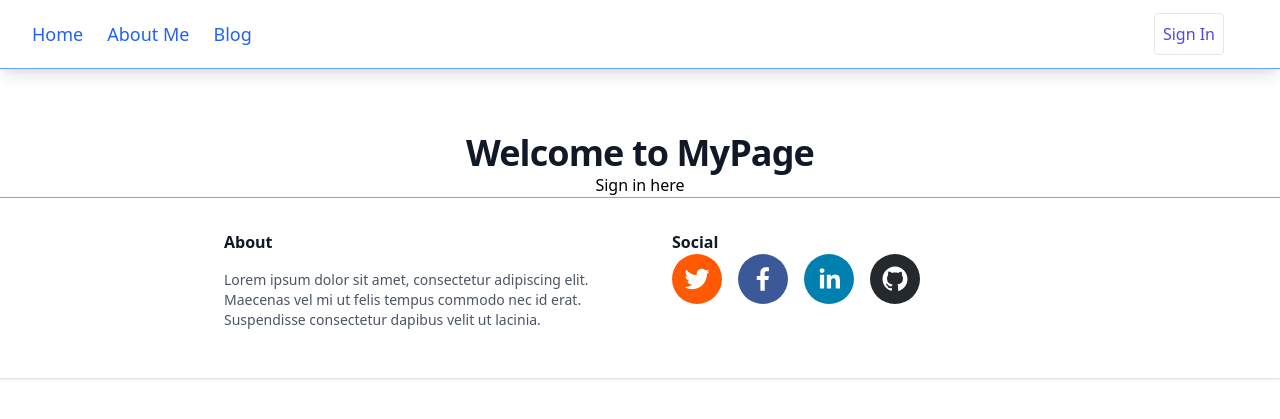
Repository: rushilramesh/portfolio-page
Page: /
The author's editor kept a copy of each file at every save. The page is drawn from the files as they stood at one save, then again after the next save.
The browser window is 1280 px wide. The pictures show the whole page.
The project was rebuilt for these pictures with package versions that can differ from the ones it lists, and the page was loaded fresh each time. The framework's server and built-in components were replaced by stand-ins that run in the browser. Also part of the build but not shown: next.config.js.

Above is the page before, as saved 2021-05-21 02:26:58.

### pages/_app.tsx
import '../styles/globals.css'


function MyApp({ Component, pageProps }) {
  let loggedIn: boolean = false;

  return (

    <Component {...pageProps} />

  )

}

export default MyApp

### pages/index.tsx
import Head from 'next/head'
import Image from 'next/image'
import Link from 'next/link'
import Layout from '../components/Layout'
import utilStyles from '../styles/utils.module.css'

export default function Home() {
  return (
    <Layout>
      <Head>
        <title>Personal Portfolio</title>
      </Head>
      <div className="container mx-auto mt-16 text-center bg-white border-gray-100" >

        <h1 className="text-4xl tracking-tight font-extrabold text-gray-900">Welcome to MyPage</h1>
        <Link href='/login'>
          <a className="mt-4">Sign in here</a>
        </Link>
      </div>
    </Layout>

  )
}

### components/Layout.tsx
import Nav from './Nav'
import Footer from './Footer'
import utilStyles from '../styles/utils.module.css'
import Link from 'next/link'
import { SocialIcon } from 'react-social-icons';

const Layout = ({children, loggedIn} : {children: React.ReactNode, loggedIn?: boolean}) => {
    return (
        <div className="flex flex-col width-screen height-screen">
        <Nav />
        <div className="container mx-auto text-center">
            <main>{children}</main>
        </div>
        <footer className="bg-white border-t border-gray-400 shadow mb-16 text-gray-50">
            <div className="container max-w-4xl mx-auto flex py-8 space-y-4ß">
                <div className="flex w-full md:w-1/2 ">
                    <div className="px-8">
                        <h3 className="font-bold text-gray-900">About</h3>
                        <p className="py-4 text-gray-600 text-sm">
                            Lorem ipsum dolor sit amet, consectetur adipiscing elit. Maecenas vel mi ut felis tempus commodo nec id erat. Suspendisse consectetur dapibus velit ut lacinia.
                        </p>
                    </div>
				</div>

                <div className="flex w-full md:w-1/2 ">
					<div className="px-8">
						<h3 className="font-bold text-gray-900">Social</h3>
						<div className="container inline-flex space-x-4">
                            <SocialIcon network="twitter" bgColor="#ff5a01" />
                            <SocialIcon network="facebook" />
                            <SocialIcon network="linkedin" />
                            <SocialIcon network="github" />
                        </div>
					</div>
				</div>
            </div>
        </footer>
        </div>
    )
}

export default Layout;

### components/Nav.tsx
/* This example requires Tailwind CSS v2.0+ */
import Link from 'next/link'

const navs = [
   {name: 'Home', href: '/'},
   {name: 'About Me', href: './about'},
   {name: 'Blog', href: './blog'}
]


export default function Nav({loggedIn} : {loggedIn?: boolean}) {

  return (
    <nav id="header" className="w-full z-30 top-10 py-1 bg-white shadow-lg border-b border-blue-400 mt-15">
      <div className="w-full flex items-center justify-between mt-0 px-6 py-2">
       <label  className="cursor-pointer md:hidden block">
          <svg className="fill-current text-blue-600" xmlns="http://www.w3.org/2000/svg" width="20" height="20" viewBox="0 0 20 20">
             <title>menu</title>
             <path d="M0 3h20v2H0V3zm0 6h20v2H0V9zm0 6h20v2H0v-2z"></path>
          </svg>
       </label>
       <input className="hidden" type="checkbox" id="menu-toggle"/>

       <div className="hidden md:flex md:items-center md:w-auto w-full order-3 md:order-1" id="menu">
          <nav>
             <ul className="md:flex items-center justify-between text-base text-blue-600 pt-4 md:pt-0">
                {navs.map((item) => (
                <li key={item.name} >
                  <Link href={item.href}>
                     <a className="inline-block no-underline hover:text-black font-medium text-lg py-2 px-4 lg:-ml-2" >{item.name}</a>
                  </Link>
                </li>))}
             </ul>
          </nav>
       </div>

       <div className="order-2 md:order-3 flex flex-wrap items-center justify-end mr-0 md:mr-4" id="nav-content">
          <div className="auth flex items-center w-full md:w-full">
             <button className="bg-white text-indigo-600  p-2 rounded border mr-4 hover:bg-gray-100 hover:text-indigo-700">
               { !loggedIn ? (
                  <Link href="./login">
                     <a>Sign In</a>
                  </Link>) : (
                     <Link href="/">
                        <a>Sign Out</a>
                     </Link>
                  )
               }
             </button>
          </div>
       </div>
      </div>
    </nav>
  )
}

### tailwind.config.js
module.exports = {

  purge: ['./pages/**/*.{js,ts,jsx,tsx}', './components/**/*.{js,ts,jsx,tsx}'],
  darkMode: false, // or 'media' or 'class'
  theme: {
    extend: {
      backgroundImage: theme => ({
        'main-background': "url('/images/background-photo.jpeg')",
      })
    },
  },
  variants: {
    extend: {
      justifyItems: ['hover', 'focus'],
    },
  },
  plugins: [],
}

Loaded but not shown: styles/globals.css (common file)

After the next save:
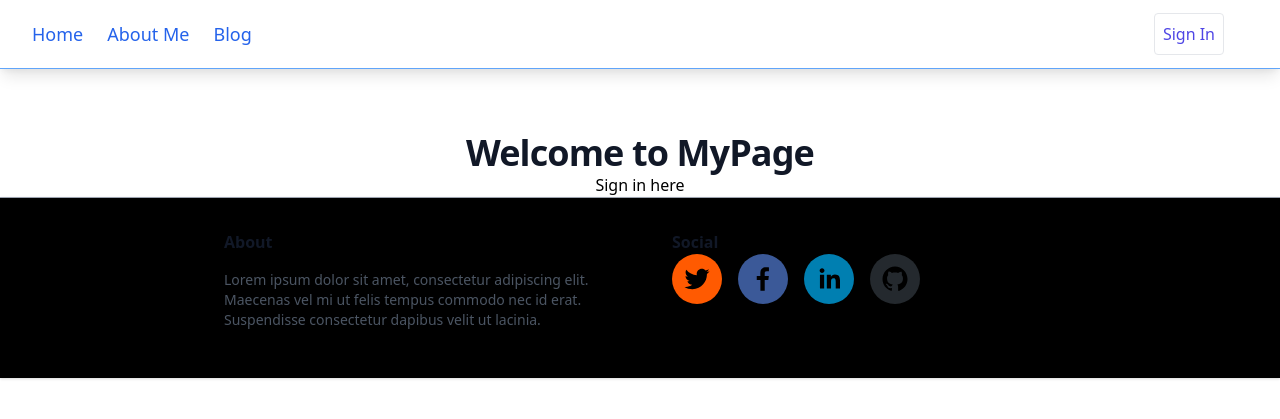
Saved 30 s later.
--- a/components/Layout.tsx
+++ b/components/Layout.tsx
@@ -11,7 +11,7 @@ const Layout = ({children, loggedIn} : {children: React.ReactNode, loggedIn?: bo
         <div className="container mx-auto text-center">
             <main>{children}</main>
         </div>
-        <footer className="bg-white border-t border-gray-400 shadow mb-16 text-gray-50">
+        <footer className="bg-black border-t border-gray-400 shadow mb-16 text-gray-50">
             <div className="container max-w-4xl mx-auto flex py-8 space-y-4ß">
                 <div className="flex w-full md:w-1/2 ">
                     <div className="px-8">
